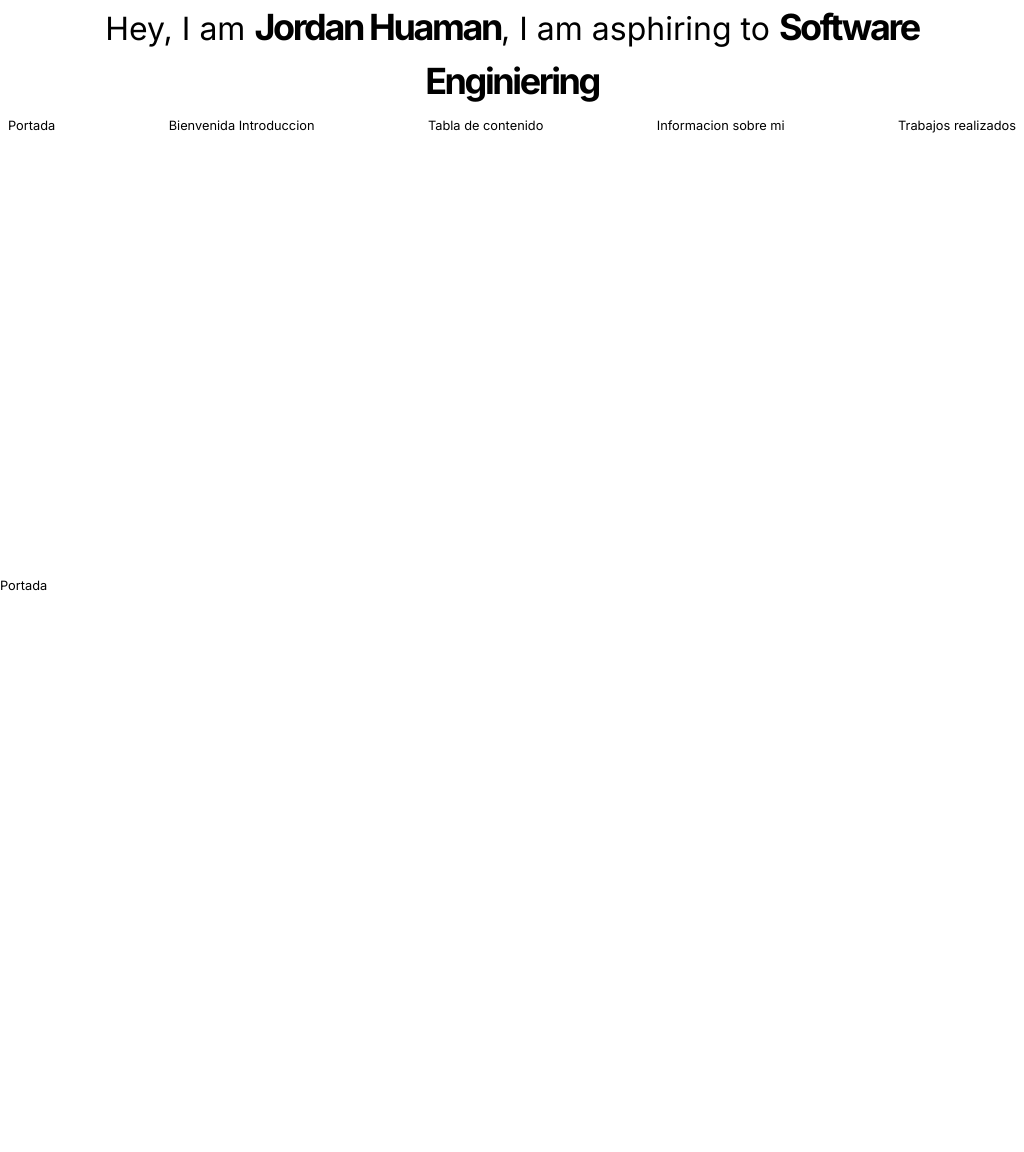
Repository: devsecops-node/portafolio-nextj-pages
Page: /
The author's editor kept a copy of each file at every save. The page is drawn from the files as they stood at one save, then again after the next save.
The browser window is 1280 px wide. The pictures show the whole page, at 80% of full size.
The project was rebuilt for these pictures with package versions that can differ from the ones it lists, and the page was loaded fresh each time. The framework's server and built-in components were replaced by stand-ins that run in the browser. Also part of the build but not shown: next.config.js, src/styles/transitionPage.module.css.

Above is the page before, as saved 2024-01-15 03:49:04.

### src/app/page.js
"use client"
import Dashboard from '@/components/Dashboard'
import Transition from '@/components/Transition'
import Image from 'next/image'
import { useEffect, useState } from 'react'

export default function Home() {
  const [showAnimation, setShowAnimation] = useState(true)

  useEffect(() => {
    console.log('Ejecutando')
    setTimeout(() => {
      setShowAnimation(false)
    }, 2000)
  }, [])
  return (
    <main className='h-[100vh]'>
      {showAnimation ? <Transition /> : <Dashboard />}
    </main>
  )
}

### src/components/Dashboard.jsx
import React from 'react'
import stles from "@/styles/dashboard.module.css"
import Portada from './Portada'

const Dashboard = () => {
  return (
    <section className={stles.home_view}>
      <div className='h-screen'>
        <div className={stles.home_view_principal}>
          <p className={stles.animar_text} id='detec'> Hey, I am <span className="animacion-bolder">Jordan
            Huaman</span>, I am asphiring to <span className={stles.detect}>Software Enginiering</span>
          </p>
        </div>
        <div className={stles.home_view_links}>
          <a href="" className={stles.animar_abajo}>
            <p>Portada</p>
          </a>
          <a href="" className={stles.animar_abajo}>
            <p>Bienvenida Introduccion</p>
          </a>
          <a href="" className={stles.animar_arriba}>
            <p>Tabla de contenido</p>
          </a><a href="" className={stles.animar_arriba}>
            <p>Informacion sobre mi</p>
          </a>
          <a href="" className={stles.animar_abajo}>
            <p>Trabajos realizados</p>
          </a>

        </div>
        <div>
        </div>
      </div>
      <Portada />
    </section>
  )
}

export default Dashboard

### src/components/Transition.jsx
import React from 'react'
import styles from "@/styles/transitionPage.module.css"

const Transition = () => {
  return (
    <div className={styles.home}>
      <main className=''>
        <p className={styles.text_1}>Jh</p>
        <p className={styles.text_2}>Jordan Huaman - Porfolio</p>
      </main>
      <footer>
        <p className={styles.text_3}>Software Engineerin - 2024</p>
      </footer>
    </div>
  )
}

export default Transition

### src/styles/dashboard.module.css
/* ? Home-view part */
.home_view {
  /* height: 100%;
  display: flex;
  flex-direction: column;
  justify-content: center;
  align-items: center; */
  /* height: 100vh; */
}

.animar_text {
  animation: apper-2 2s;
  -webkit-animation: apper-2 2s;
}

.home_view_principal {
  width: 90%;
  margin: 0 auto;
}

.home_view_principal p {
  text-align: center;
  font-size: 40px;
}

.home_view_principal p span {
  font-size: 45px;
  letter-spacing: -3px;
  font-weight: bold;
}

.home_view_principal p span:hover .child {
  background-color: red;
}

@keyframes apper-2 {
  0% {
    opacity: 0;
    transform: translateY(-200px);
    -webkit-transform: translateY(-200px);
    -moz-transform: translateY(-200px);
    -ms-transform: translateY(-200px);
    -o-transform: translateY(-200px);
  }

  50% {
    opacity: 1;
    transform: translateY(-20px);
    -webkit-transform: translateY(-20px);
    -moz-transform: translateY(-20px);
    -ms-transform: translateY(-20px);
    -o-transform: translateY(-20px);
  }

  100% {
    opacity: 1;
    transform: translateY(0px);
    -webkit-transform: translateY(0px);
    -moz-transform: translateY(0px);
    -ms-transform: translateY(0px);
    -o-transform: translateY(0px);
  }
}

.home_view_links {
  display: flex;
  padding: 10px;
  justify-content: space-between;
  gap: 10px;
}

/* Line aniamtion */
.line-animation {
  display: inline;
  cursor: pointer;
  position: relative;
  /* padding: 5px; */
}

.line-animation::after {
  /* margin-top: 10px; */
  content: "";
  position: absolute;
  width: 100%;
  height: 3px;
  top: auto;
  bottom: 14px;
  left: -4px;
  transform: scaleX(0);
  box-shadow: 0 5px 0 black;
  transform-origin: bottom right;
  transition: transform 0.5s ease-out;
}

.line-animation:hover:after {
  transform: scaleX(1);
  transform-origin: bottom left;
}

.animacion-bolder {
  animation: animar-bold 2s linear alternate slidein;
  -webkit-animation: animar-bold 2s linear alternate slidein;
}

.animar_arriba{
  animation: apper-arriba 2s;
  -webkit-animation: apper-arriba 2s;
}
.animar_abajo{
  animation: apper-abajo 2s;
  -webkit-animation: apper-abajo 2s;
}

@keyframes apper-arriba {
  0% {
    opacity: 0;
    transform: translateY(200px);
    -webkit-transform: translateY(200px);
    -moz-transform: translateY(200px);
    -ms-transform: translateY(200px);
    -o-transform: translateY(200px);
}

  50% {
    opacity: 1;
    transform: translateY(-20px);
    -webkit-transform: translateY(-20px);
    -moz-transform: translateY(-20px);
    -ms-transform: translateY(-20px);
    -o-transform: translateY(-20px);
  }

  100% {
    opacity: 1;
    transform: translateY(0px);
    -webkit-transform: translateY(0px);
    -moz-transform: translateY(0px);
    -ms-transform: translateY(0px);
    -o-transform: translateY(0px);
  }
}
@keyframes apper-abajo {
  0% {
    opacity: 0;
    transform: translateY(-200px);
    -webkit-transform: translateY(-200px);
    -moz-transform: translateY(-200px);
    -ms-transform: translateY(-200px);
    -o-transform: translateY(-200px);
}

  50% {
    opacity: 1;
    transform: translateY(-20px);
    -webkit-transform: translateY(-20px);
    -moz-transform: translateY(-20px);
    -ms-transform: translateY(-20px);
    -o-transform: translateY(-20px);
  }

  100% {
    opacity: 1;
    transform: translateY(0px);
    -webkit-transform: translateY(0px);
    -moz-transform: translateY(0px);
    -ms-transform: translateY(0px);
    -o-transform: translateY(0px);
  }
}

@keyframes animar-bold {
  0% {
    opacity: 0;
  }

  100% {
    opacity: 1;
  }
}

### src/components/Portada.jsx
import React from 'react'

const Portada = () => {
  return (
    <div className='h-screen'>Portada</div>
  )
}

export default Portada

Loaded but not shown: src/app/layout.js (common file); src/app/globals.css (common file); tailwind.config.js (common file)

After the next save:
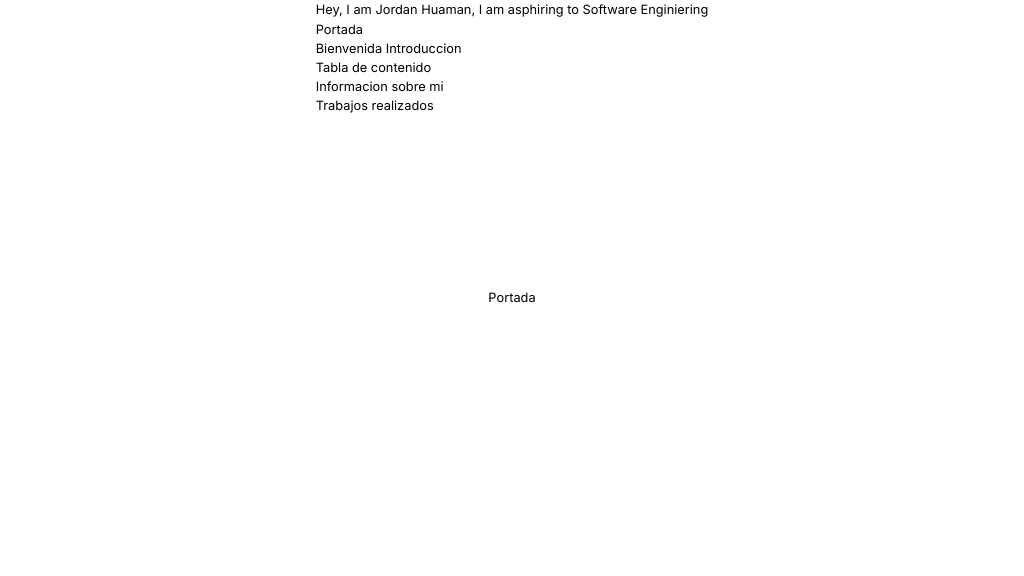
Saved 15 s later.
--- a/src/styles/dashboard.module.css
+++ b/src/styles/dashboard.module.css
@@ -1,11 +1,11 @@
 /* ? Home-view part */
 .home_view {
-  /* height: 100%;
+  height: 100%;
   display: flex;
   flex-direction: column;
   justify-content: center;
   align-items: center; */
-  /* height: 100vh; */
+  /* height: 100vh;
 }
 
 .animar_text {
